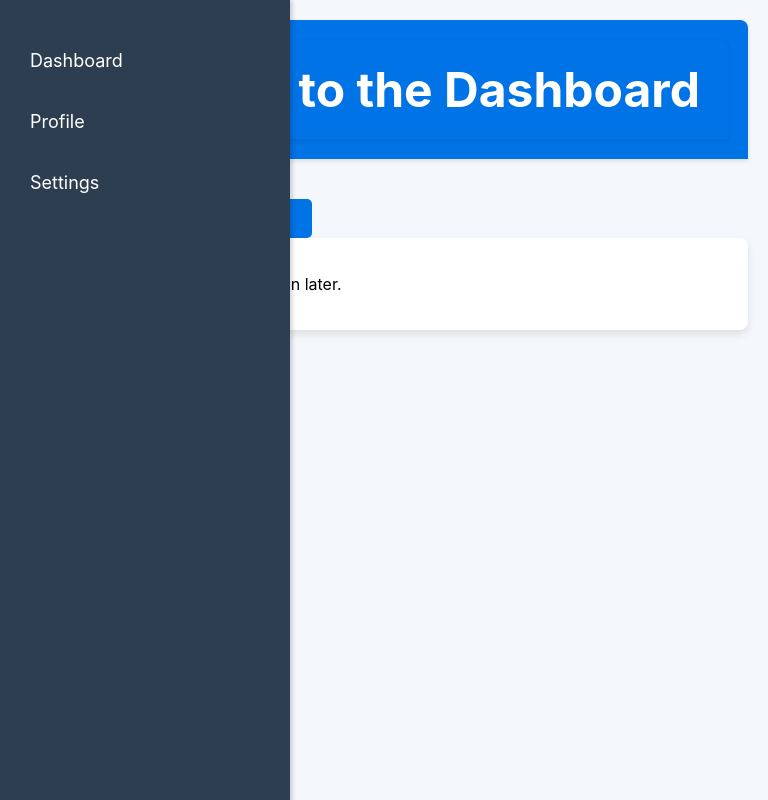
Repository: JaafarRezk/FrontEnd-InternetApplications
Page: /dashboard
The author's editor kept a copy of each file at every save. The page is drawn from the files as they stood at one save, then again after the next save.
The browser window is 768 px wide. The pictures show the whole page.
The project was rebuilt for these pictures with package versions that can differ from the ones it lists, and the page was loaded fresh each time. Also part of the build but not shown: src/styles/Home.module.css, src/components/Home.js, src/styles/Auth.module.css, src/components/Auth/Login.js, src/components/Auth/Register.js.

Above is the page before, as saved 2024-11-09 16:48:25.

### src/App.js
// src/App.js
import React from 'react';
import { BrowserRouter as Router, Route, Routes } from 'react-router-dom';
import Home from './components/Home';
import Login from './components/Auth/Login';

import Dashboard from './components/Dashboard';
import Register from './components/Auth/Register';

function App() {
  return (
    <Router>
      <div className="App">
      <Routes>
      <Route path="/" element={<Home />} />
        <Route path="/login" element={<Login />} />
        <Route path="/register" element={<Register />} />
        <Route path="/dashboard" element={<Dashboard />} />
      </Routes>
      </div>
    </Router>
  );
}

export default App;

### src/components/Dashboard.js
import React, { useState } from 'react';
import axios from 'axios';
import Sidebar from './Sidebar';
import Header from './Header';
import Toolbar from './Toolbar';
import Content from './Contnent';
import styles from '../styles/Dashboard.module.css';
import SidebarStyles from '../styles/Sidebar.module.css';
import HeaderStyles from '../styles/Header.module.css';
import ToolbarStyles from '../styles/Toolbar.module.css';

const Dashboard = () => {
  const [users, setUsers] = useState([]);
  const [files, setFiles] = useState([]);
  const [error, setError] = useState('');
  const [loading, setLoading] = useState(false);

  const fetchUsers = async () => {
    setLoading(true);
    setError('');
    try {
      const token = localStorage.getItem('token');
      const response = await axios.get('http://127.0.0.1:8000/api/allUsers', {
        headers: {
          Authorization: `Bearer ${token}`,
        },
      });
      setUsers(response.data.data);
    } catch (error) {
      setError('Failed to load users.');
      console.error(error);
    } finally {
      setLoading(false);
    }
  };

  const fetchFiles = async () => {
    setLoading(true);
    setError('');
    try {
      const token = localStorage.getItem('token');
      const response = await axios.get('http://127.0.0.1:8000/api/file/getMyFiles', {
        headers: {
          Authorization: `Bearer ${token}`,
        },
      });
      setFiles(response.data);
    } catch (error) {
      setError('Failed to load files.');
      console.error(error);
    } finally {
      setLoading(false);
    }
  };

  return (
    <div className={styles.dashboard}>
      <div className={SidebarStyles.sidebar}>
        <Sidebar />
      </div>
      <div className={styles.mainContent}>
        <div className={HeaderStyles.header}>
          <Header />
        </div>
        <div className={ToolbarStyles.toolbar}>
          <Toolbar fetchUsers={fetchUsers} fetchFiles={fetchFiles} loading={loading} />
        </div>
        <Content users={users} files={files} error={error} loading={loading} />
      </div>
    </div>
  );
};

export default Dashboard;

### src/components/Sidebar.js
import React from 'react';
import { Link } from 'react-router-dom';
import styles from '../styles/Sidebar.module.css';

const Sidebar = () => {
  return (
    <div className={styles.sidebar}>
      <ul>
        <li><Link to="/dashboard">Dashboard</Link></li>
        <li><Link to="/profile">Profile</Link></li>
        <li><Link to="/settings">Settings</Link></li>
      </ul>
    </div>
  );
};

export default Sidebar;

### src/components/Header.js
import React from 'react';
import styles from '../styles/Header.module.css';

const Header = () => {
  return (
    <div className={styles.header}>
      <h1>Welcome to the Dashboard</h1>
    </div>
  );
};

export default Header;

### src/components/Toolbar.js
import React from 'react';
import styles from '../styles/Toolbar.module.css';

const Toolbar = ({ fetchUsers, fetchFiles, loading }) => {
  return (
    <div className={styles.toolbar}>
      <button onClick={fetchUsers} className={styles.button} disabled={loading}>
        {loading ? 'Loading Users...' : 'Show All Users'}
      </button>
      <button onClick={fetchFiles} className={styles.button} disabled={loading}>
        {loading ? 'Loading Files...' : 'Show My Files'}
      </button>
    </div>
  );
};

export default Toolbar;

### src/components/Contnent.js
import React from 'react';
import styles from '../styles/Content.module.css';

const Content = ({ users, files, error, loading }) => {
  return (
    <div className={styles.content}>
      {error && <p className={styles.error}>{error}</p>}

      {loading && <p>Loading...</p>}

      {users.length > 0 && (
        <div className={styles.cardContainer}>
          <div className={styles.card}>
            <h3>Users:</h3>
            <ul>
              {users.map((user) => (
                <li key={user.id}>{user.name} - {user.email}</li>
              ))}
            </ul>
          </div>
        </div>
      )}

      {files.length > 0 && (
        <div className={styles.cardContainer}>
          <div className={styles.card}>
            <h3>My Files:</h3>
            <ul>
              {files.map((file) => (
                <li key={file.id}>{file.name}</li>
              ))}
            </ul>
          </div>
        </div>
      )}

      {users.length === 0 && files.length === 0 && !loading && (
        <p>No data available. Please try again later.</p>
      )}
    </div>
  );
};

export default Content;

### src/styles/Dashboard.module.css
/* Dashboard.module.css */
.dashboard {
    display: flex;
    min-height: 100vh;
    background-color: #f4f7fc;
  }

  .mainContent {
    flex: 1;
    margin-left: 280px; /* Space for Sidebar */
    padding: 20px;
  }

  @media (max-width: 768px) {
    .mainContent {
      margin-left: 0;
    }
  }

### src/styles/Sidebar.module.css
/* Sidebar.module.css */
.sidebar {
    width: 250px;
    background-color: #2c3e50;
    color: white;
    padding: 20px;
    height: 100vh;
    position: fixed;
    top: 0;
    left: 0;
    box-shadow: 2px 0 5px rgba(0, 0, 0, 0.1);
    transition: width 0.3s;
  }

  .sidebar ul {
    list-style-type: none;
    padding: 0;
  }

  .sidebar li {
    margin: 20px 0;
  }

  .sidebar li a {
    color: white;
    text-decoration: none;
    font-size: 18px;
    display: block;
    padding: 10px;
    border-radius: 4px;
    transition: background-color 0.3s;
  }

  .sidebar li a:hover {
    background-color: #0073e6;
  }

### src/styles/Header.module.css
/* Header.module.css */
.header {
    background-color: #0073e6;
    color: white;
    padding: 20px;
    text-align: center;
    font-size: 24px;
    font-weight: bold;
    box-shadow: 0 2px 5px rgba(0, 0, 0, 0.1);
    border-radius: 8px 8px 0 0;
  }

  .header h1 {
    margin: 0;
  }

### src/styles/Toolbar.module.css
/* Toolbar.module.css */
.toolbar {
    display: flex;
    gap: 20px;
    margin-top: 20px;
  }

  .button {
    padding: 12px 24px;
    background-color: #0073e6;
    color: white;
    border: none;
    cursor: pointer;
    border-radius: 5px;
    transition: background-color 0.3s ease;
  }

  .button:hover {
    background-color: #005bb5;
  }

  .button:disabled {
    background-color: #cccccc;
    cursor: not-allowed;
  }

### src/styles/Content.module.css
/* Content.module.css */
.content {
    padding: 20px;
    background-color: #fff;
    border-radius: 8px;
    box-shadow: 0 4px 8px rgba(0, 0, 0, 0.1);
  }

  .error {
    color: red;
    font-weight: bold;
  }

  .cardContainer {
    margin-top: 20px;
  }

  .card {
    background-color: #f9f9f9;
    padding: 15px;
    border-radius: 8px;
    box-shadow: 0 4px 8px rgba(0, 0, 0, 0.05);
  }

  .card h3 {
    margin-bottom: 10px;
    color: #333;
  }

  .card ul {
    list-style-type: none;
    padding: 0;
  }

  .card li {
    padding: 8px 0;
    border-bottom: 1px solid #eee;
  }

  .card li:last-child {
    border-bottom: none;
  }

Loaded but not shown: public/index.html (common file); src/index.js (common file); src/index.css (common file); src/reportWebVitals.js (common file)

After the next save:
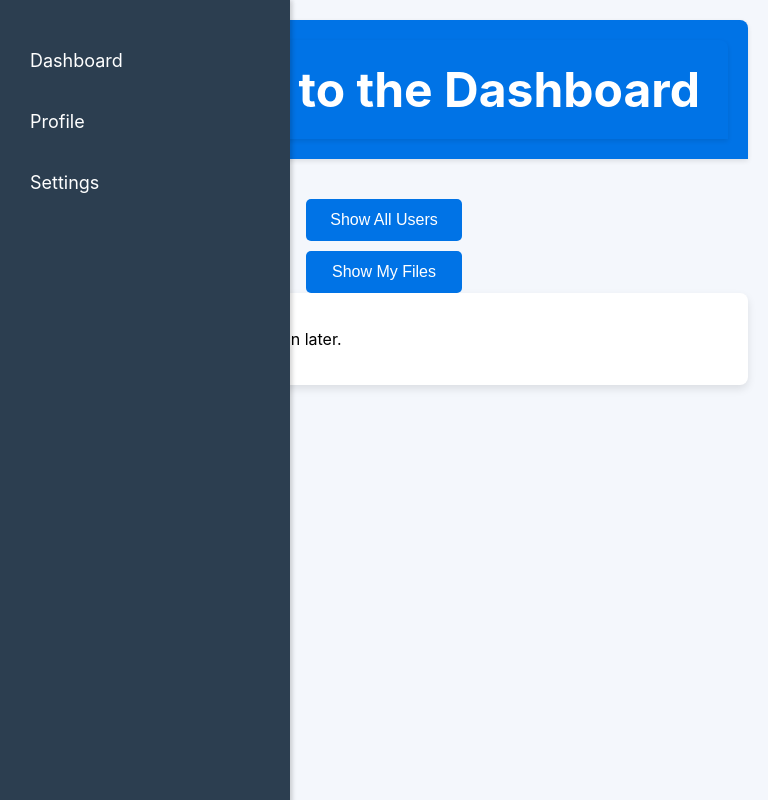
Saved 15 s later.
--- a/src/styles/Toolbar.module.css
+++ b/src/styles/Toolbar.module.css
@@ -3,6 +3,7 @@
     display: flex;
     gap: 20px;
     margin-top: 20px;
+    align-items: center;
   }
 
   .button {
@@ -12,14 +13,27 @@
     border: none;
     cursor: pointer;
     border-radius: 5px;
-    transition: background-color 0.3s ease;
+    transition: background-color 0.3s, transform 0.2s;
+    font-size: 16px;
   }
 
   .button:hover {
     background-color: #005bb5;
+    transform: scale(1.05);
   }
 
   .button:disabled {
     background-color: #cccccc;
     cursor: not-allowed;
   }
+
+  @media (max-width: 768px) {
+    .toolbar {
+      flex-direction: column;
+      gap: 10px;
+    }
+
+    .button {
+      width: 100%;
+    }
+  }
